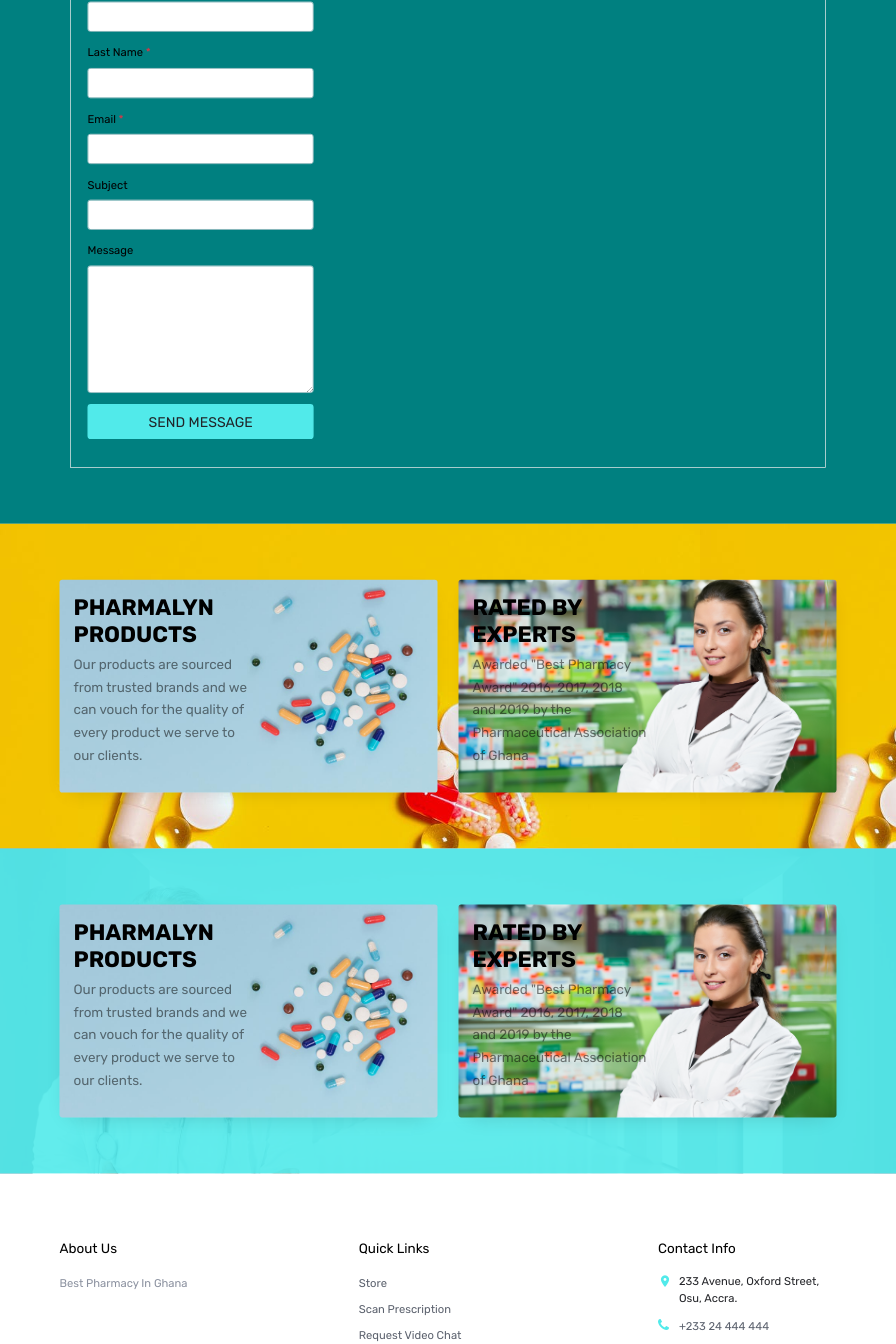
Repository: Nat-A/finalyearproject
Page: pharma/index - Copy.html
These files come from the project's save history. The page is drawn as it stood at one moment and after the next save; the edit follows.
The browser window is 1280 px wide. The pictures show the part of the page from y = 1146 to 3066 px (the page is 3326 px tall before and 2999 px after), at 70% of full size.

Above is the page before, as saved 2020-06-03 13:40:25.

After the next save:
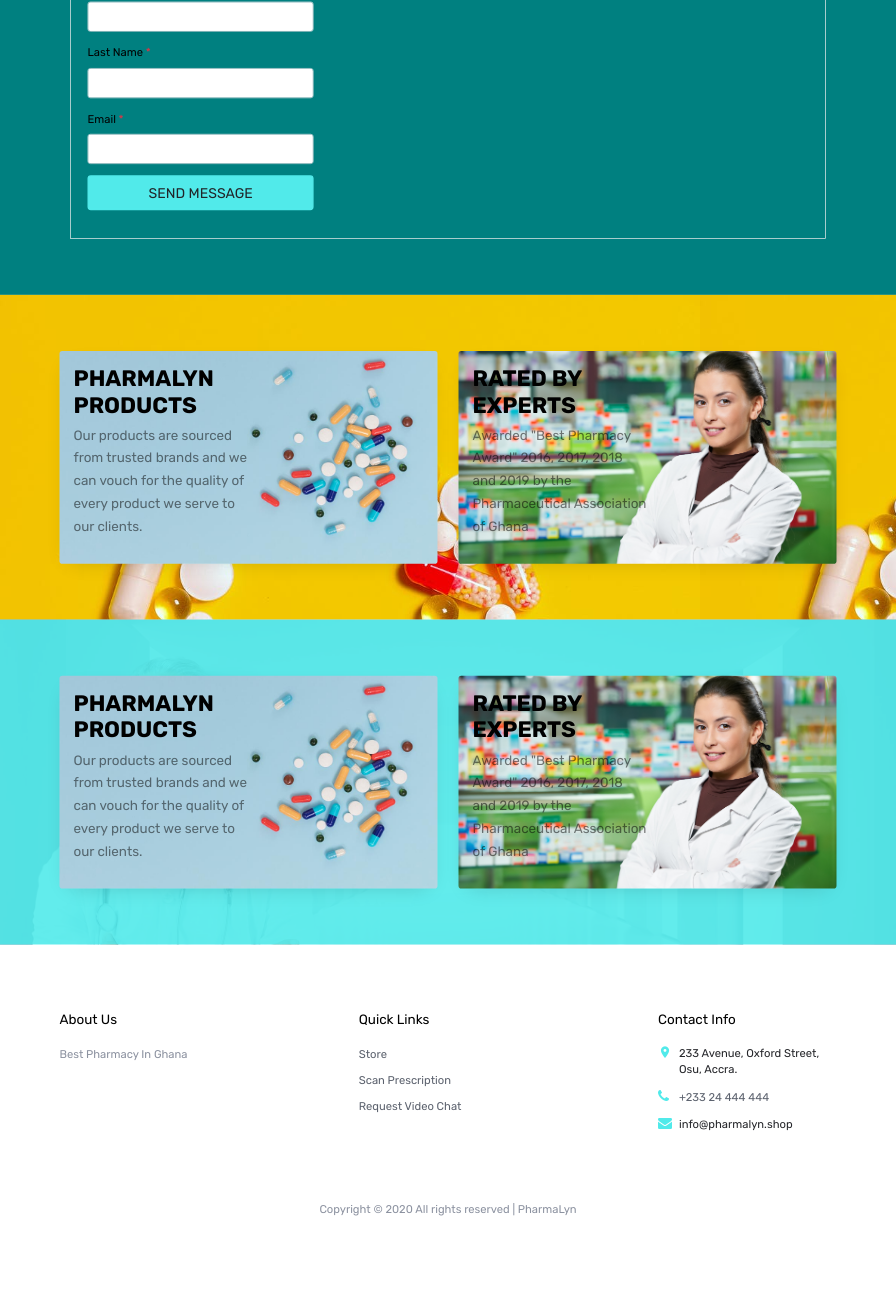
Saved 21 s later.
--- a/pharma/index - Copy.html
+++ b/pharma/index - Copy.html
@@ -158,19 +158,7 @@
                                     <input type="email" class="form-control" id="c_email" name="c_email" placeholder="">
                                 </div>
                             </div>
-                            <div class="form-group row">
-                                <div class="col-md-4">
-                                    <label for="c_subject" class="text-black">Subject </label>
-                                    <input type="text" class="form-control" id="c_subject" name="c_subject">
-                                </div>
-                            </div>
-
-                            <div class="form-group row">
-                                <div class="col-md-4">
-                                    <label for="c_message" class="text-black">Message </label>
-                                    <textarea name="c_message" id="c_message" cols="30" rows="7" class="form-control"></textarea>
-                                </div>
-                            </div>
+
                             <div class="form-group row">
                                 <div class="col-lg-4">
                                     <input type="submit" class="btn btn-primary btn-lg btn-block" value="Send Message">
